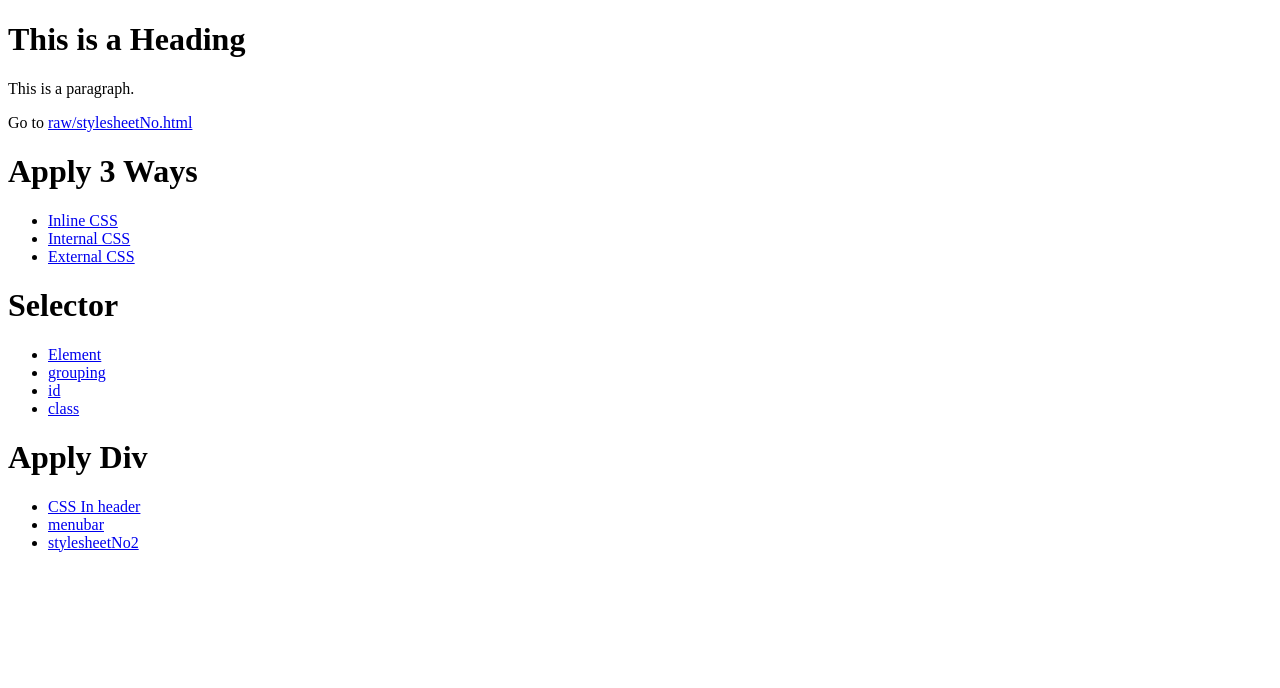
Repository: SanghunOh/learn_publising
Page: HtmlCss/WebContent/index.html
These files come from the project's save history. The page is drawn as it stood at one moment and after the next save; the edit follows.
The browser window is 1280 px wide. The pictures show the whole page.

Above is the page before, as saved 2018-05-05 05:44:56.

### HtmlCss/WebContent/index.html
<!DOCTYPE html>
<!-- HTML5 -->
<html>
<head>
<meta charset="UTF-8">
<title>Home</title>
</head>
<body>
	<h1>This is a Heading</h1>
	<p>This is a paragraph.</p>

	<p>Go to <a href="multiple/stylesheetNo.html">raw/stylesheetNo.html</a></p>

	<h1>Apply 3 Ways</h1>
	<ul>
		<li><a href="3ways/inline.html">Inline CSS</a></li>
		<li><a href="3ways/internal.html">Internal CSS</a></li>
		<li><a href="3ways/external.html">External CSS</a></li>
	</ul>

	<h1>Selector</h1>
	<ul>
		<li><a href="selector/element.html">Element</a></li>
		<li><a href="selector/grouping.html">grouping</a></li>
		<li><a href="selector/id.html">id</a></li>
		<li><a href="selector/class.html">class</a></li>
	</ul>

	<h1>Apply Div</h1>
	<ul id="menulist">
		<li class="menuitem"><a href="applyDiv/cssinheader.html">CSS In header</a></li>
		<li class="menuitem"><a href="applyDiv/menubar.html">menubar</a></li>
		<li class="menuitem"><a href="applyDiv/stylesheetNo2.html">stylesheetNo2</a></li>
	</ul>
</body>
</html>

After the next save:
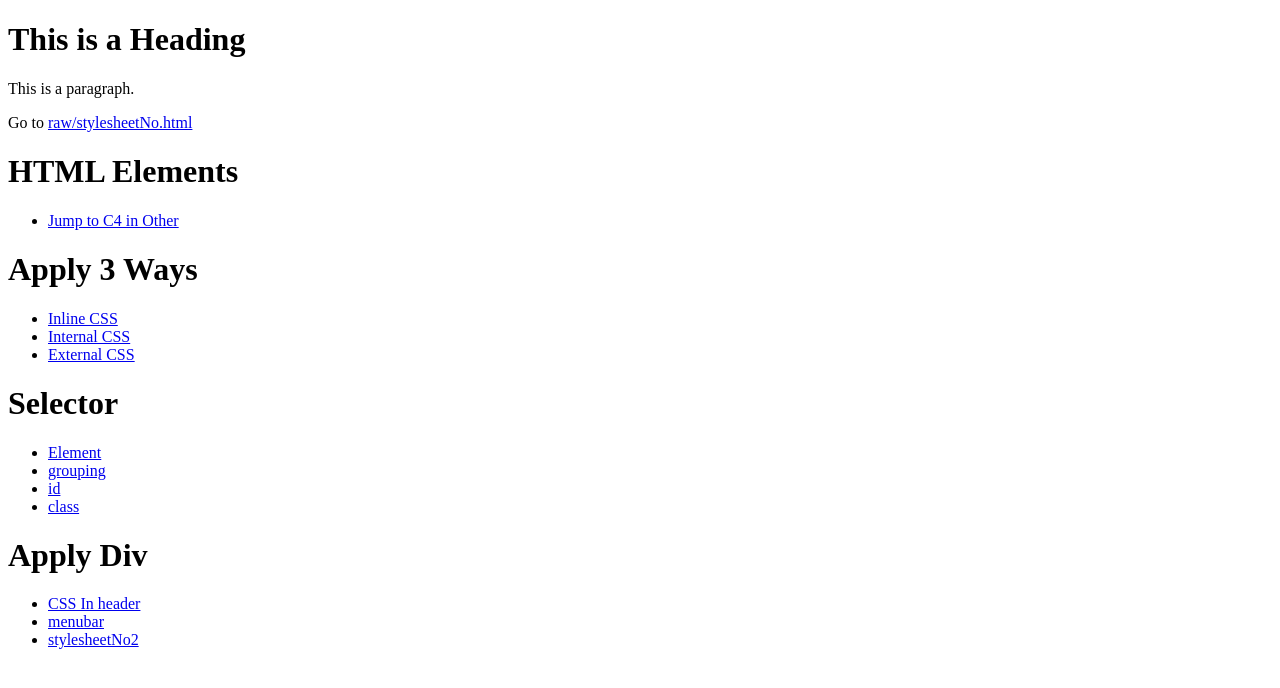
Saved 24 min 19 s later.
--- a/HtmlCss/WebContent/index.html
+++ b/HtmlCss/WebContent/index.html
@@ -10,6 +10,11 @@
 	<p>This is a paragraph.</p>
 
 	<p>Go to <a href="multiple/stylesheetNo.html">raw/stylesheetNo.html</a></p>
+
+	<h1>HTML Elements</h1>
+	<ul>
+		<li><a href="./htmlelements/hyperlinkstag.html#C4">Jump to C4 in Other</a></li>
+	</ul>
 
 	<h1>Apply 3 Ways</h1>
 	<ul>
@@ -27,10 +32,10 @@
 	</ul>
 
 	<h1>Apply Div</h1>
-	<ul id="menulist">
-		<li class="menuitem"><a href="applyDiv/cssinheader.html">CSS In header</a></li>
-		<li class="menuitem"><a href="applyDiv/menubar.html">menubar</a></li>
-		<li class="menuitem"><a href="applyDiv/stylesheetNo2.html">stylesheetNo2</a></li>
+	<ul>
+		<li><a href="applyDiv/cssinheader.html">CSS In header</a></li>
+		<li><a href="applyDiv/menubar.html">menubar</a></li>
+		<li><a href="applyDiv/stylesheetNo2.html">stylesheetNo2</a></li>
 	</ul>
 </body>
 </html>
